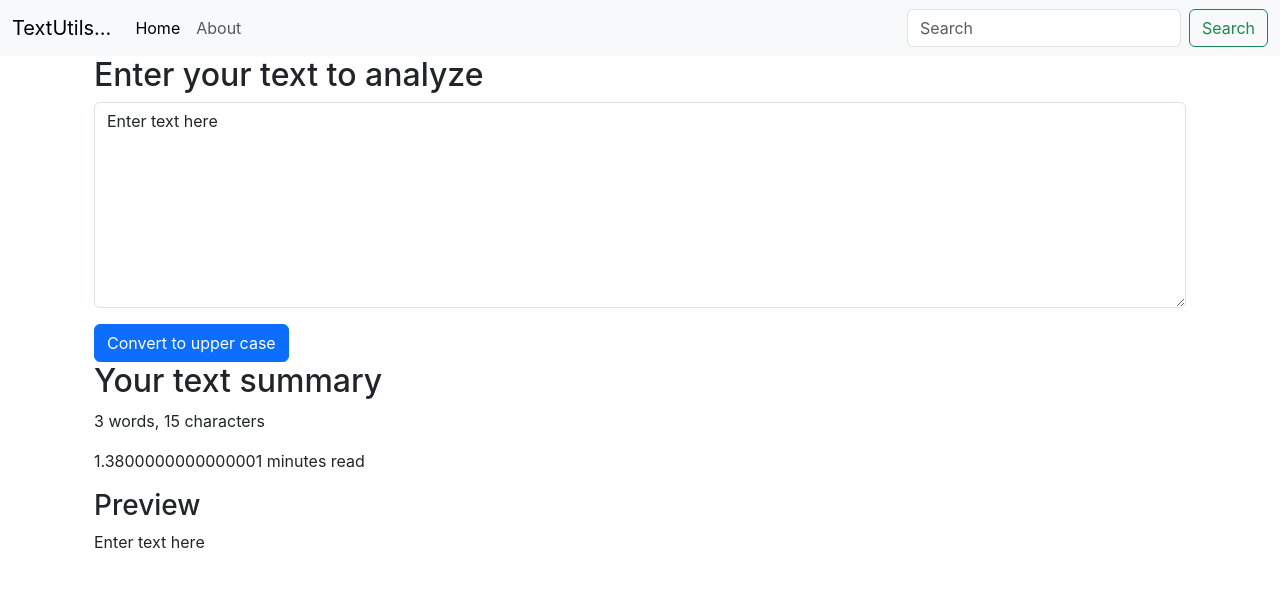
Repository: SujanNagaju/react-demo
Page: /
An editor plug-in stored every save of this project. The page is shown before and after a run of saves, followed by the edit.
The browser window is 1280 px wide. The pictures show the whole page.
The project was rebuilt for these pictures with package versions that can differ from the ones it lists, and the page was loaded fresh each time. Also part of the build but not shown: src/App.css.

Above is the page before, as saved 2024-12-29 14:04:13.

After the next 2 saves:
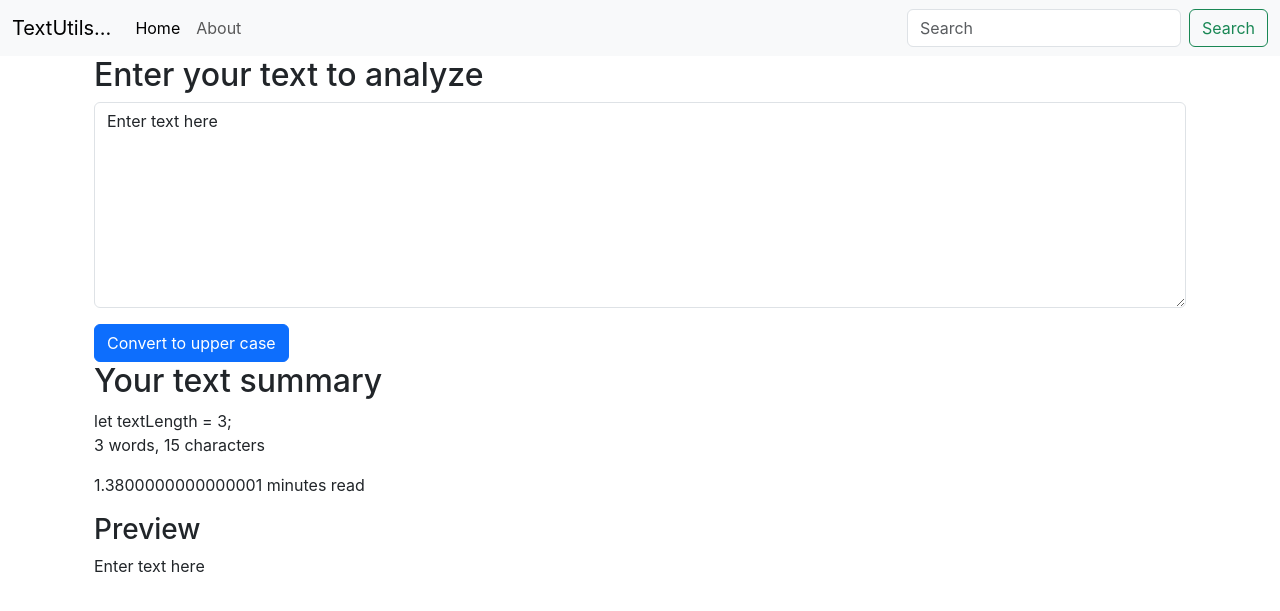
The 2 saves are shown as one change because they came seconds apart.
The last was saved 36 s later.
--- a/src/components/TextForm.js
+++ b/src/components/TextForm.js
@@ -25,6 +25,8 @@
 
       <div className="container">
         <h2>Your text summary</h2>
+        let textLength = {text.split( " " ).length};
+
         <p>{text.split(" ").length} words, {text.length} characters</p>
         <p>{0.46 * text.split(" ").length} minutes read</p>
 

After the 2 saves that followed:
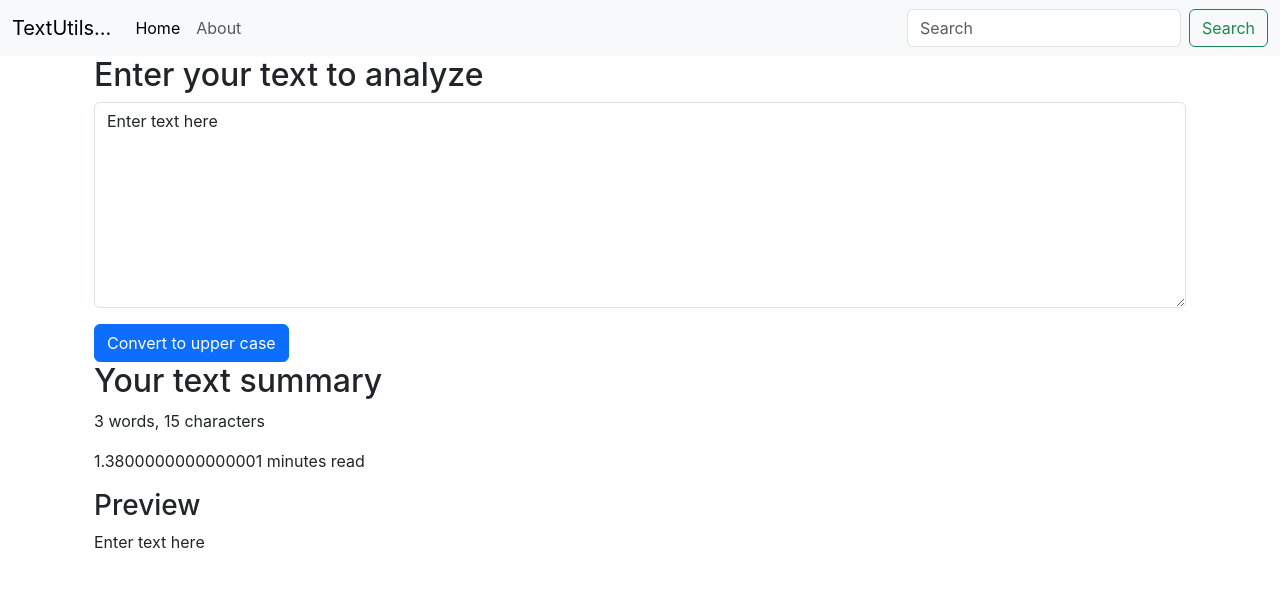
The 2 saves are shown as one change because 1 did not build or start.
The last was saved 48 s later.
--- a/src/components/TextForm.js
+++ b/src/components/TextForm.js
@@ -25,8 +25,6 @@
 
       <div className="container">
         <h2>Your text summary</h2>
-        let textLength = {text.split( " " ).length};
-
         <p>{text.split(" ").length} words, {text.length} characters</p>
         <p>{0.46 * text.split(" ").length} minutes read</p>
 
